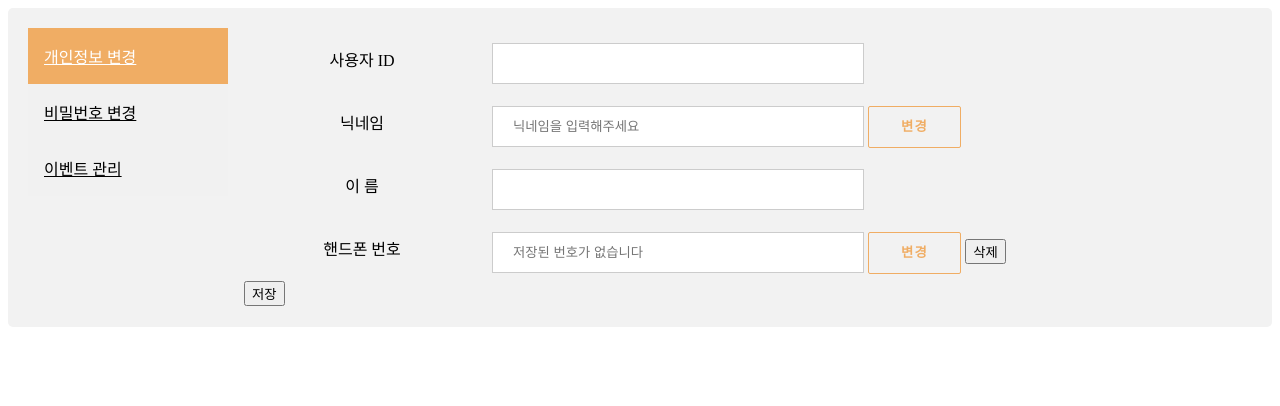
Repository: kdw0937/UdongProject
Page: http://localhost/matjib2/jsp/pwd.jsp
The author's editor kept a copy of each file at every save. The page is drawn from the files as they stood at one save, then again after the next save.
The browser window is 1280 px wide. The pictures show the whole page.
The page is served by Tomcat 9.

Above is the page before, as saved 2021-01-21 16:03:32.

After the next save:
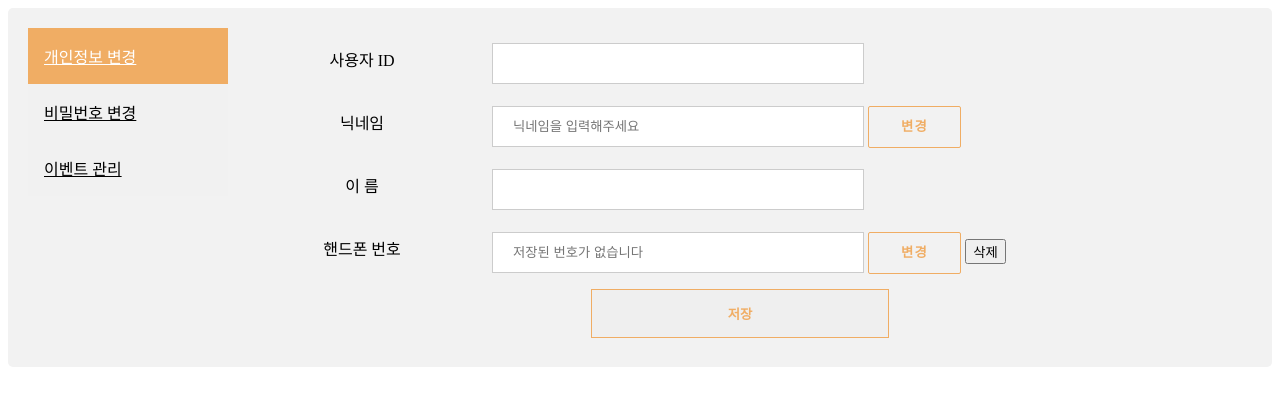
Saved 55 s later.
--- a/matjib2/src/main/webapp/jsp/pwd.jsp
+++ b/matjib2/src/main/webapp/jsp/pwd.jsp
@@ -67,7 +67,9 @@
 						<button class="btn">삭제</button>
 			</div>
 		</div>
+			<div class="store_bottom">
 					<input class="btn" type="submit" value="저장" />
+			</div>
 			</div>
 		</form>
 	</div>
